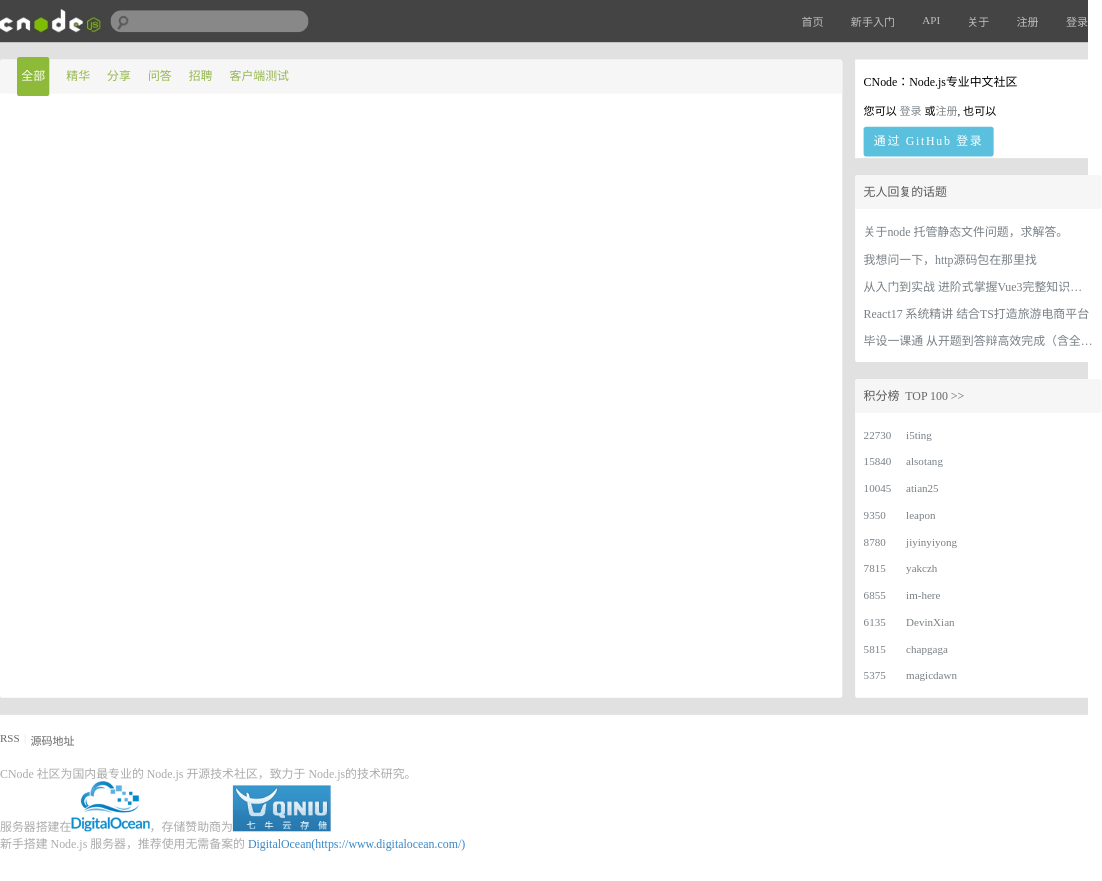
Repository: he-mengyao/pc-cnode-js
Page: /
The author's editor kept a copy of each file at every save. The page is drawn from the files as they stood at one save, then again after the next save.
The browser window is 1280 px wide. The page is 1296 px wide, so the pictures cover 1296 px, including what lies to the right of the window. The pictures show the whole page, at 85% of full size.
The page's requests for data from a server got no answer. The project was rebuilt for these pictures with package versions that can differ from the ones it lists, and the page was loaded fresh each time. No one was signed in, and anything a server would have sent is missing.

Above is the page before, as saved 2021-06-20 13:19:07.

After the next save:
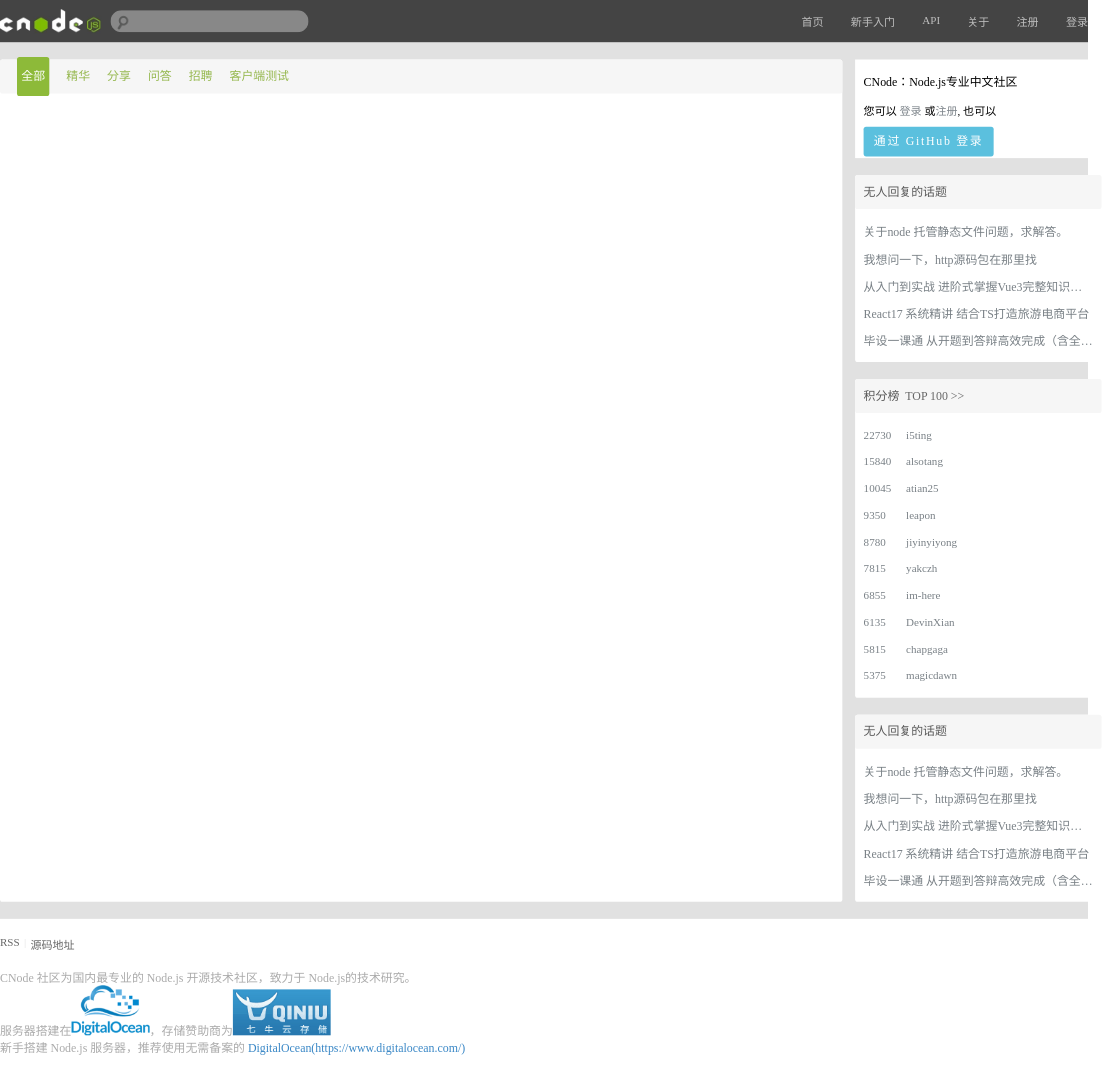
Saved 21 s later.
--- a/src/components/Fr/fr.vue
+++ b/src/components/Fr/fr.vue
@@ -37,6 +37,18 @@
         <div><span>6135 </span>DevinXian</div>
         <div><span>5815 </span>chapgaga</div>
         <div><span>5375 </span>magicdawn</div>
+      </div>
+    </div>
+    <div class="panel mr-20 bradius-3">
+      <div class="title">无人回复的话题</div>
+      <div class="flex item col flex_a pd-10 f14 items">
+        <div class="text_overflow">关于node 托管静态文件问题，求解答。</div>
+        <div class="text_overflow">我想问一下，http源码包在那里找</div>
+        <div class="text_overflow">从入门到实战 进阶式掌握Vue3完整知识体系</div>
+        <div class="text_overflow">React17 系统精讲 结合TS打造旅游电商平台</div>
+        <div class="text_overflow">
+          毕设一课通 从开题到答辩高效完成（含全栈项目）
+        </div>
       </div>
     </div>
   </div>
